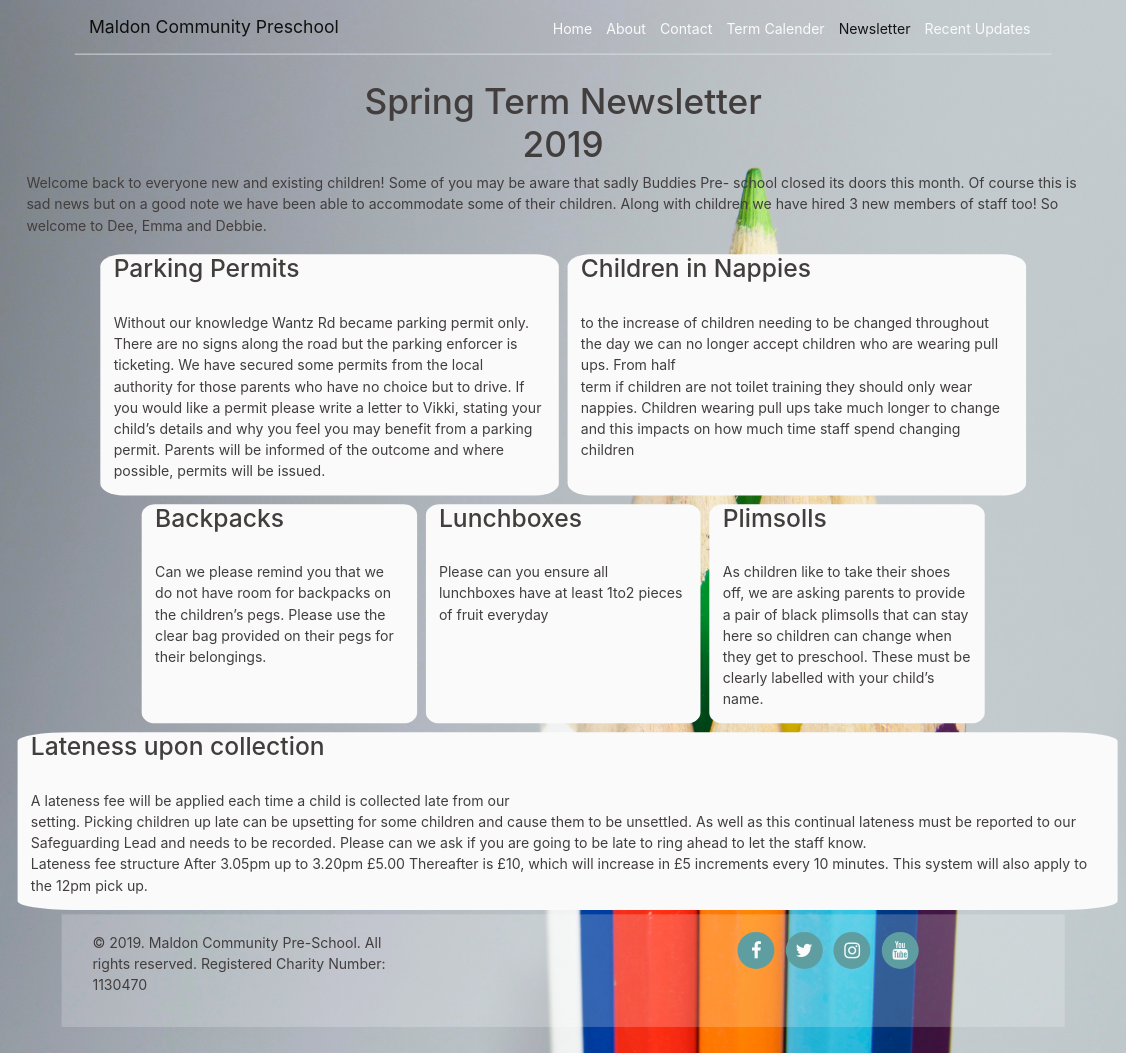
Repository: parkslee/milestone_1
Page: newsletter.html
The author's editor kept a record of every edit. The page is drawn from the files as they stood at one moment, then again after the next edit.
The browser window is 1280 px wide. The pictures show the whole page, at 88% of full size.
Some web libraries are served in a nearby version.

Above is the page before.

### newsletter.html
<!DOCTYPE html>
<html lang="en">

<head>
    <meta charset="UTF-8">
    <meta name="viewport" content="width=device-width, initial-scale=1.0">
    <meta http-equiv="X-UA-Compatible" content="ie=edge">
    <link rel="stylesheet" href="https://maxcdn.bootstrapcdn.com/bootstrap/4.2.1/css/bootstrap.min.css"
        type="text/css" />
    <link rel="stylesheet" href="https://maxcdn.bootstrapcdn.com/font-awesome/4.7.0/css/font-awesome.min.css"
        type="text/css" />
    <link rel="stylesheet" href="https://cdnjs.cloudflare.com/ajax/libs/hover.css/2.1.1/css/hover-min.css"
        type="text/css" />
    <link rel="stylesheet" href="assets\css\style.css">
    <title>newsletter</title>
</head>

<body class="newsletter-image">

    <header>
        <!----------------------------------------------------------------navigation-->
        <div class="container">
            <nav class="navbar navbar-expand-lg navbar-light bg-light border-bottom news-nav">
                <a class="navbar-brand" href="./index.html">Maldon Community Preschool</a>
                <button class="navbar-toggler" type="button" data-toggle="collapse" data-target="#navbarNav"
                    aria-controls="navbarNav" aria-expanded="false" aria-label="Toggle navigation">
                    <span class="navbar-toggler-icon"></span>
                </button>
                <div class="collapse navbar-collapse" id="navbarNav">
                    <ul class="navbar-nav text-center ml-auto">
                        <li class="nav-item">

                            <a class="nav-link" href="./index.html">Home </a>
                        </li>
                        <li class="nav-item">
                            <a class="nav-link" href="./about.html">About</a>
                        </li>
                        <li class="nav-item">
                            <a class="nav-link" href="./contact.html">Contact</a>
                        </li>
                        <li class="nav-item">
                            <a class="nav-link" href="./calender.html">Term Calender</a>
                        </li>
                        <li class="nav-item active">
                            <a class="nav-link" href="./newsletter.html">Newsletter<span
                                    class="sr-only">(current)</span></a>
                        </li>
                        <li class="nav-item newstext">
                            <a class="nav-link" href="./updates.html">Recent Updates</a>
                        </li>
                    </ul>
                </div>
            </nav>
        </div>
    </header>
    <div class="newsletter-content">
        <div class="row">
            <div class="col">
                <h1>Spring Term Newsletter

                    <br>2019</h1>
                    </div>
                    </div>
<div class="row justify-content-center">
    <div class="col">
                <p>Welcome back to everyone
                    new and existing children!
                    Some of you may be aware
                    that sadly Buddies Pre-
                    school closed its doors this
                    month. Of course this is
                    sad news but on a good
                    note we have been able to
                    accommodate some of
                    their children. Along with
                    children we have hired 3
                    new members of staff too!
                    So welcome to Dee, Emma
                    and Debbie.</p>


        <div class="row justify-content-center">
            <div class="col-sm-12 col-md-5 newsletter-blocks">
                <h3>Parking Permits</h3>
                <br>
                <p> Without our knowledge
                    Wantz Rd became parking
                    permit only. There are no
                    signs along the road but
                    the parking enforcer is
                    ticketing. We have secured
                    some permits from the
                    local authority for those
                    parents who have no
                    choice but to drive. If you
                    would like a permit please
                    write a letter to Vikki,
                    stating your child’s details
                    and why you feel you may
                    benefit from a parking
                    permit. Parents will be
                    informed of the outcome
                    and where possible,
                    permits will be issued.</p>

            </div>

            <div class="col-sm-12 col-md-5 newsletter-blocks">
                <h3>Children in Nappies</h3>
<br>
                <p> to the increase of
                    children needing to be
                    changed throughout the
                    day we can no longer
                    accept children who are
                    wearing pull ups. From half
                    <br>

                    term if children are not
                    toilet training they should
                    only wear nappies.
                    Children wearing pull ups
                    take much longer to
                    change and this impacts on
                    how much time staff spend
                    changing children</p>

            </div>


        </div>

        <div class="row justify-content-center">
            <div class="col-sm-6 col-md-3 newsletter-blocks">
                <h3>Backpacks</h3>
                <br>
                <p>Can we please remind you
                    that we do not have room
                    for backpacks on the
                    children’s pegs. Please use
                    the clear bag provided on
                    their pegs for their
                    belongings.</p>

            </div>

            <div class="col-sm-6 col-md-3 newsletter-blocks">
                <h3> Lunchboxes</h3>
                <br>
                <p>Please can you ensure all
                    lunchboxes have at least
                    1to2 pieces of fruit
                    everyday</p>
            </div>

            <div class="col-sm-12 col-md-3 newsletter-blocks">

                <h3> Plimsolls</h3>
                <br>
                <p>As children like to take
                    their shoes off, we are
                    asking parents to provide a
                    pair of black plimsolls that
                    can stay here so children
                    can change when they get
                    to preschool. These must
                    be clearly labelled with
                    your child’s name.</p>

            </div>

        </div>

        <div class="row">
            <div class="col-sm-12 newsletter-blocks">
                   <h3>Lateness upon collection</h3>
                   <br>
                   <p>A lateness fee will be
                    applied each time a child is
                    collected late from our
                    <br>
                    setting. Picking children up
                    late can be upsetting for
                    some children and cause
                    them to be unsettled. As
                    well as this continual
                    lateness must be reported
                    to our Safeguarding Lead
                    and needs to be recorded.
                    Please can we ask if you
                    are going to be late to ring
                    ahead to let the staff
                    know.<br>
                    Lateness fee structure
                    After 3.05pm up to 3.20pm
                    £5.00
                    Thereafter is £10, which
                    will increase in £5
                    increments every 10
                    minutes. This system will
                    also apply to the 12pm pick
                    up.</p>
            </div>
        </div>


    </div>


   <!---------------------------first footer only displayed on desktop view-------------------->
    <!------https://medium.com/wdstack/bootstrap-4-hidden-visible-dd969a4c5854 tutorial for display properties bootstrap---->
    <div class="container">
            <footer class="d-none d-md-block">



                <div id="footer-details" class="row">
                    <div class="col-sm-4">
                        <p class="inline-block charity">
                            © 2019. Maldon Community Pre-School. All rights reserved.
                            Registered Charity Number: 1130470 </p>
                    </div>

                    <div class="col-sm-4 ml-auto">
                         <ul class="list-inline social-links">
                            <li class="list-inline-item">
                                <a target="_blank" href="https://facebook.com">
                                    <i class="fa fa-facebook" aria-hidden="true"></i>
                                    <span class="sr-only">Facebook</span>
                                </a>
                            </li>
                            <li class="list-inline-item">
                                <a target="_blank" href="https://twitter.com">
                                    <i class="fa fa-twitter" aria-hidden="true"></i>
                                    <span class="sr-only">Twitter</span>
                                </a>
                            </li>
                            <li class="list-inline-item">
                                <a target="_blank" href="https://instagram.com">
                                    <i class="fa fa-instagram" aria-hidden="true"></i>
                                    <span class="sr-only">Instagram</span>
                                </a>
                            </li>
                            <li class="list-inline-item">
                                <a target="_blank" href="https://youtube.com">
                                    <i class="fa fa-youtube" aria-hidden="true"></i>
                                    <span class="sr-only">YouTube</span>
                                </a>
                            </li>
                        </ul>
                    </div>
                </div>
            </footer>
        </div>



        <!----second footer for mobile view (charity number hidden as to cluttered on mobile view)  -->
        <!------https://medium.com/wdstack/bootstrap-4-hidden-visible-dd969a4c5854 tutorial for display properties bootstrap---->
        <footer class="d-md-none">
            <div id="footer-mobile">
                <ul class="list-inline social-links">
                    <li class="list-inline-item">
                        <a target="_blank" href="https://facebook.com">
                            <i class="fa fa-facebook" aria-hidden="true"></i>
                            <span class="sr-only">Facebook</span>
                        </a>
                    </li>
                    <li class="list-inline-item">
                        <a target="_blank" href="https://instagram.com">
                            <i class="fa fa-instagram" aria-hidden="true"></i>
                            <span class="sr-only">Instagram</span>
                        </a>
                    </li>
                    <li class="list-inline-item">
                        <a target="_blank" href="https://youtube.com">
                            <i class="fa fa-youtube" aria-hidden="true"></i>
                            <span class="sr-only">YouTube</span>
                        </a>
                    </li>
                </ul>
            </div>
        </footer>

    <script src="https://code.jquery.com/jquery-3.3.1.slim.min.js"
        integrity="sha384-q8i/X+965DzO0rT7abK41JStQIAqVgRVzpbzo5smXKp4YfRvH+8abtTE1Pi6jizo"
        crossorigin="anonymous"></script>
    <script src="https://cdnjs.cloudflare.com/ajax/libs/popper.js/1.14.7/umd/popper.min.js"
        integrity="sha384-UO2eT0CpHqdSJQ6hJty5KVphtPhzWj9WO1clHTMGa3JDZwrnQq4sF86dIHNDz0W1"
        crossorigin="anonymous"></script>
    <script src="https://stackpath.bootstrapcdn.com/bootstrap/4.3.1/js/bootstrap.min.js"
        integrity="sha384-JjSmVgyd0p3pXB1rRibZUAYoIIy6OrQ6VrjIEaFf/nJGzIxFDsf4x0xIM+B07jRM"
        crossorigin="anonymous"></script>
</body>

</html>

Loaded but not shown: assets/css/style.css (428 lines, source omitted)

After the next edit:
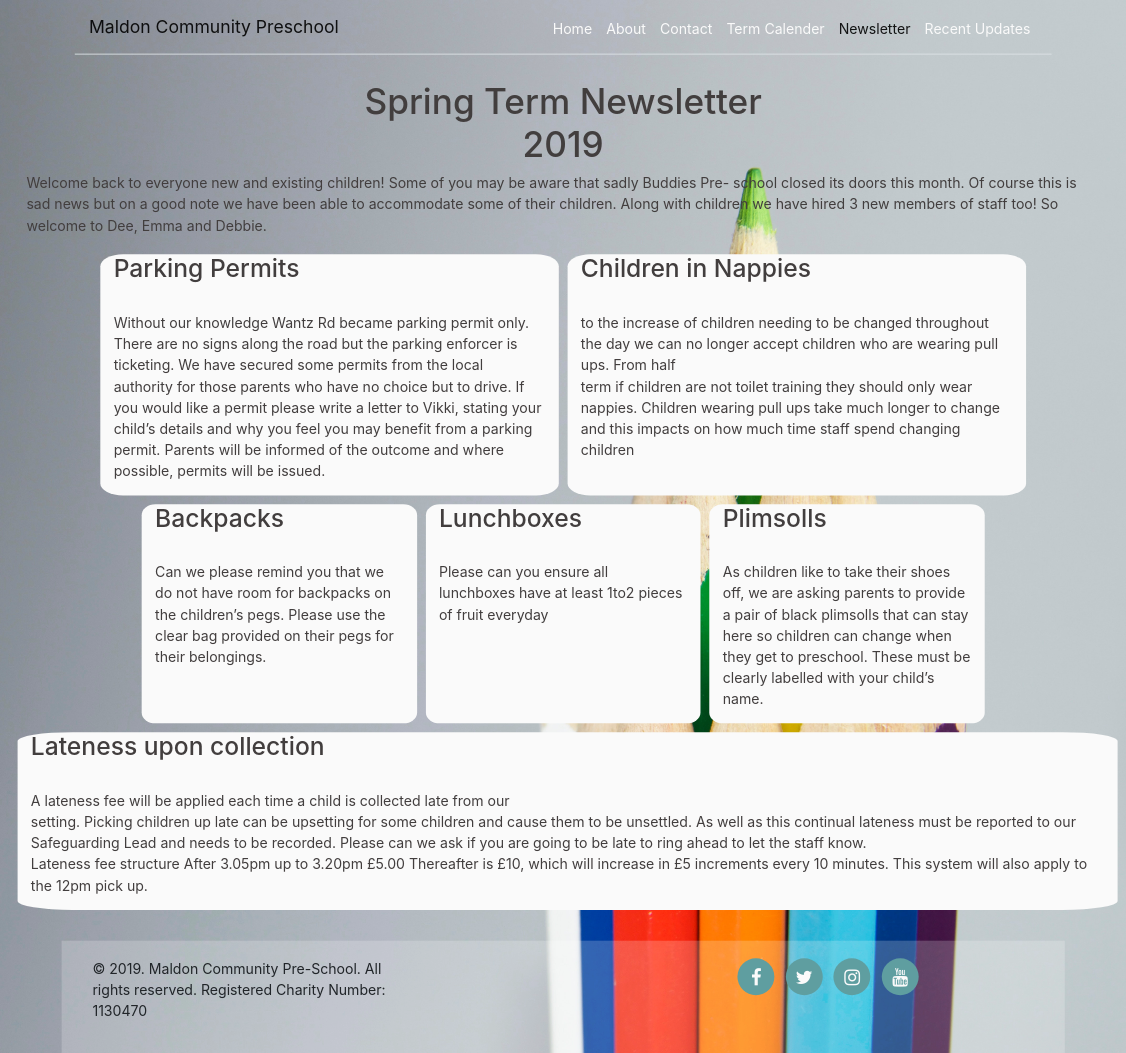
The edit:
--- a/newsletter.html
+++ b/newsletter.html
@@ -61,9 +61,8 @@
                     <br>2019</h1>
                     </div>
                     </div>
-<div class="row justify-content-center">
-    <div class="col">
-                <p>Welcome back to everyone
+
+                <p class="newsletter-opener">Welcome back to everyone
                     new and existing children!
                     Some of you may be aware
                     that sadly Buddies Pre-

After the edit that followed:
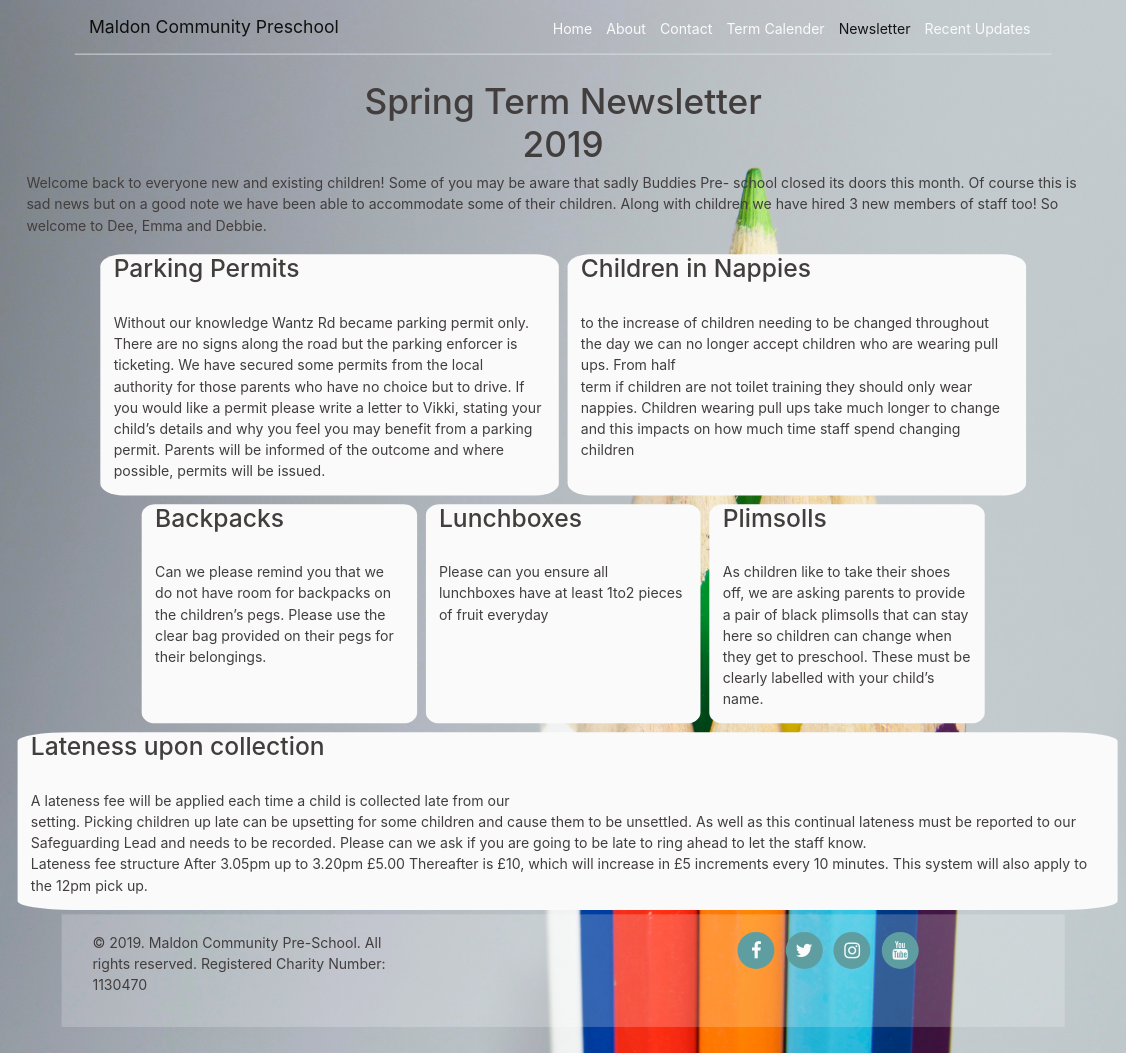
The edit:
--- a/newsletter.html
+++ b/newsletter.html
@@ -61,7 +61,7 @@
                     <br>2019</h1>
                     </div>
                     </div>
-
+<div>
                 <p class="newsletter-opener">Welcome back to everyone
                     new and existing children!
                     Some of you may be aware
